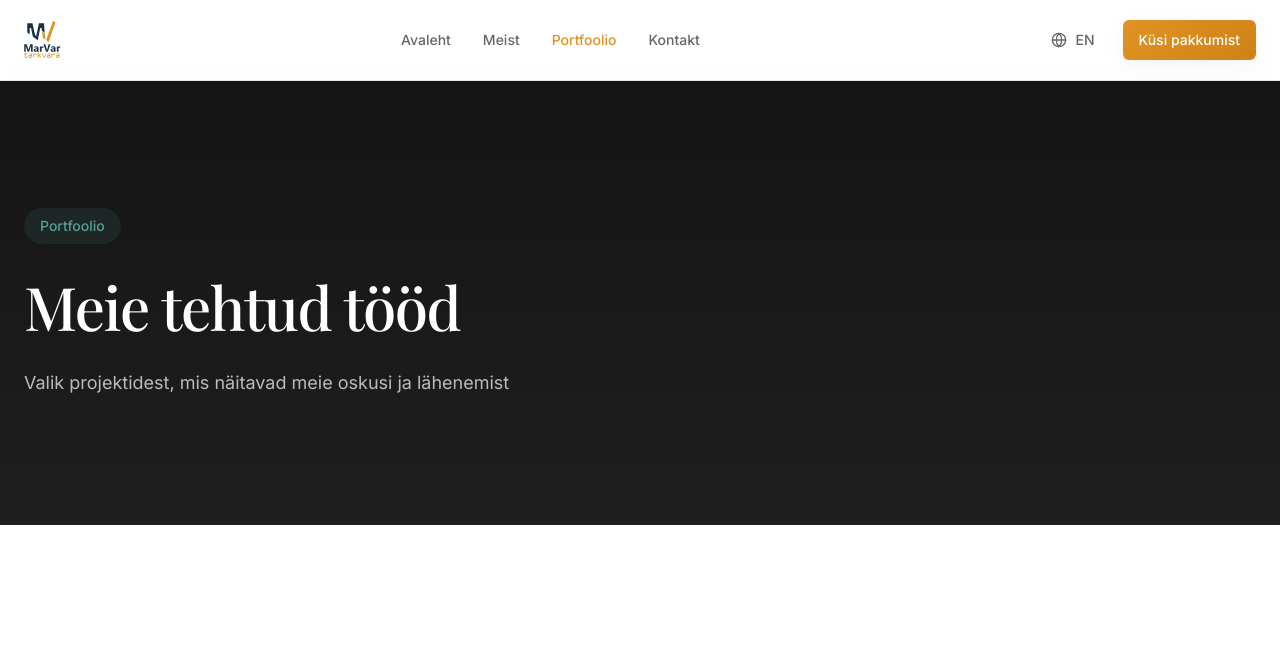
Repository: marvar-tarkvara/MARVAR-LEHT
Page: /portfolio
These files come from the project's save history. The page is drawn as it stood at one moment and after the next save; the edit follows.
The browser window is 1280 px wide. The pictures show the part of the page from y = 0 to 653 px (the page is 2608 px tall).
Pictures or frames that could not be fetched are drawn as grey boxes. Some web fonts or font styles are not loaded; a fallback is used. The project was rebuilt for these pictures with package versions that can differ from the ones it lists, and the page was loaded fresh each time. The framework's server and built-in components were replaced by stand-ins that run in the browser. Also part of the build but not shown: next.config.ts, components/ui/tooltip.tsx.

Above is the page before, as saved 2026-01-18 19:09:38.

### app/layout.tsx
import type { Metadata } from "next";
import { Inter, Playfair_Display } from "next/font/google";
import { LanguageProvider } from "@/contexts/LanguageContext";
import { Toaster } from "@/components/ui/toaster";
import { TooltipProvider } from "@/components/ui/tooltip";
import "./globals.css";

const inter = Inter({
  subsets: ["latin"],
  variable: "--font-inter",
});

const playfair = Playfair_Display({
  subsets: ["latin"],
  variable: "--font-playfair",
});

export const metadata: Metadata = {
  title: "MarVar - Veebilehtede loomine",
  description: "Professionaalsed ja konversioonile suunatud veebilehed, mis aitavad teie ettevõttel kasvada. Minimalistlik disain, maksimaalne mõju.",
  icons: {
    icon: "/marvar.svg",
    apple: "/marvar.svg",
  },
};

export default function RootLayout({
  children,
}: Readonly<{
  children: React.ReactNode;
}>) {
  return (
    <html lang="et" suppressHydrationWarning>
      <body className={`${inter.variable} ${playfair.variable} antialiased`}>
        <LanguageProvider>
          <TooltipProvider>
            {children}
            <Toaster />
          </TooltipProvider>
        </LanguageProvider>
      </body>
    </html>
  );
}

### app/portfolio/page.tsx
import Layout from "@/components/layout/Layout";
import PortfolioContent from "@/components/pages/PortfolioContent";

export const metadata = {
  title: "Portfoolio - MarVariks",
  description: "Valik projektidest, mis näitavad meie oskusi ja lähenemist veebiarenduses.",
};

export default function PortfolioPage() {
  return (
    <Layout>
      <PortfolioContent />
    </Layout>
  );
}

### components/ui/toaster.tsx
"use client";

import { useToast } from "@/hooks/use-toast";
import { Toast, ToastClose, ToastDescription, ToastProvider, ToastTitle, ToastViewport } from "@/components/ui/toast";

export function Toaster() {
  const { toasts } = useToast();

  return (
    <ToastProvider>
      {toasts.map(function ({ id, title, description, action, ...props }) {
        return (
          <Toast key={id} {...props}>
            <div className="grid gap-1">
              {title && <ToastTitle>{title}</ToastTitle>}
              {description && <ToastDescription>{description}</ToastDescription>}
            </div>
            {action}
            <ToastClose />
          </Toast>
        );
      })}
      <ToastViewport />
    </ToastProvider>
  );
}

### app/globals.css
@tailwind base;
@tailwind components;
@tailwind utilities;

@layer base {
  :root {
    --background: 0 0% 100%;
    --foreground: 0 0% 8%;

    --card: 0 0% 98%;
    --card-foreground: 0 0% 8%;

    --popover: 0 0% 100%;
    --popover-foreground: 0 0% 8%;

    --primary: 0 0% 8%;
    --primary-foreground: 0 0% 100%;

    --secondary: 0 0% 96%;
    --secondary-foreground: 0 0% 8%;

    --muted: 0 0% 94%;
    --muted-foreground: 0 0% 40%;

    --accent: 35 76% 51%;
    --accent-foreground: 0 0% 100%;

    --teal: 170 32% 48%;
    --teal-foreground: 0 0% 100%;

    --destructive: 0 84% 60%;
    --destructive-foreground: 0 0% 100%;

    --border: 0 0% 90%;
    --input: 0 0% 90%;
    --ring: 35 76% 51%;

    --radius: 0.5rem;

    --gradient-accent: linear-gradient(135deg, hsl(35, 76%, 51%) 0%, hsl(35, 80%, 45%) 100%);
    --gradient-teal: linear-gradient(135deg, hsl(170, 32%, 48%) 0%, hsl(170, 35%, 40%) 100%);
    --gradient-dark: linear-gradient(180deg, hsl(0, 0%, 8%) 0%, hsl(0, 0%, 12%) 100%);

    --shadow-soft: 0 4px 24px -4px hsl(0 0% 0% / 0.08);
    --shadow-card: 0 8px 32px -8px hsl(0 0% 0% / 0.12);
    --shadow-elevated: 0 16px 48px -12px hsl(0 0% 0% / 0.16);
  }

  .dark {
    --background: 0 0% 6%;
    --foreground: 0 0% 96%;

    --card: 0 0% 10%;
    --card-foreground: 0 0% 96%;

    --popover: 0 0% 8%;
    --popover-foreground: 0 0% 96%;

    --primary: 0 0% 96%;
    --primary-foreground: 0 0% 6%;

    --secondary: 0 0% 14%;
    --secondary-foreground: 0 0% 96%;

    --muted: 0 0% 16%;
    --muted-foreground: 0 0% 60%;

    --accent: 35 76% 51%;
    --accent-foreground: 0 0% 100%;

    --teal: 170 32% 48%;
    --teal-foreground: 0 0% 100%;

    --destructive: 0 62% 50%;
    --destructive-foreground: 0 0% 100%;

    --border: 0 0% 18%;
    --input: 0 0% 18%;
    --ring: 35 76% 51%;

    --shadow-soft: 0 4px 24px -4px hsl(0 0% 0% / 0.4);
    --shadow-card: 0 8px 32px -8px hsl(0 0% 0% / 0.5);
    --shadow-elevated: 0 16px 48px -12px hsl(0 0% 0% / 0.6);
  }
}

@layer base {
  * {
    @apply border-border;
  }

  html {
    scroll-behavior: smooth;
  }

  body {
    @apply bg-background text-foreground font-sans antialiased;
  }

  h1, h2, h3, h4, h5, h6 {
    @apply font-display font-medium tracking-tight;
  }
}

@layer utilities {
  .text-gradient-accent {
    @apply bg-clip-text text-transparent;
    background-image: var(--gradient-accent);
  }

  .text-gradient-teal {
    @apply bg-clip-text text-transparent;
    background-image: var(--gradient-teal);
  }

  .bg-gradient-accent {
    background: var(--gradient-accent);
  }

  .bg-gradient-teal {
    background: var(--gradient-teal);
  }

  .bg-gradient-dark {
    background: var(--gradient-dark);
  }

  .shadow-soft {
    box-shadow: var(--shadow-soft);
  }

  .shadow-card {
    box-shadow: var(--shadow-card);
  }

  .shadow-elevated {
    box-shadow: var(--shadow-elevated);
  }
}

### components/layout/Layout.tsx
import { ReactNode } from "react";
import Header from "./Header";
import Footer from "./Footer";

interface LayoutProps {
  children: ReactNode;
}

const Layout = ({ children }: LayoutProps) => {
  return (
    <div className="min-h-screen flex flex-col">
      <Header />
      <main className="flex-1 pt-20">{children}</main>
      <Footer />
    </div>
  );
};

export default Layout;

### components/pages/PortfolioContent.tsx
"use client";

import { motion } from "framer-motion";
import Image from "next/image";
import { ExternalLink } from "lucide-react";
import CTA from "@/components/sections/CTA";
import { useLanguage } from "@/contexts/LanguageContext";

const projects = [
  {
    id: 1,
    title: "TechStart OÜ",
    category: "E-commerce",
    categoryEt: "E-kaubandus",
    description: "Modern e-shop with excellent user experience. Conversion rate increased by 47%.",
    descriptionEt: "Modernne e-pood koos täiusliku kasutajakogemusega. Konversioonimäär tõusis 47%.",
    image: "https://images.unsplash.com/photo-1460925895917-afdab827c52f?w=800&h=600&fit=crop",
    color: "accent",
  },
  {
    id: 2,
    title: "Nordic Design",
    category: "Brand Website",
    categoryEt: "Brändi veebileht",
    description: "Minimalist portfolio page for a design studio. Focus on visual storytelling.",
    descriptionEt: "Minimalistlik portfoolioleht disainistuudiole. Fookuses visuaalne storytelling.",
    image: "https://images.unsplash.com/photo-1522542550221-31fd8575f3f0?w=800&h=600&fit=crop",
    color: "teal",
  },
  {
    id: 3,
    title: "GreenTech Solutions",
    category: "Business Website",
    categoryEt: "Äri veebileht",
    description: "Innovative website for an environmental company. Interactive service presentation.",
    descriptionEt: "Innovatiivne veebileht keskkonnaettevõttele. Interaktiivne teenuste esitlus.",
    image: "https://images.unsplash.com/photo-1497366216548-37526070297c?w=800&h=600&fit=crop",
    color: "accent",
  },
  {
    id: 4,
    title: "Resto Maitsed",
    category: "Restaurant Website",
    categoryEt: "Restorani veebileht",
    description: "Elegant website for a restaurant with menu and booking system.",
    descriptionEt: "Elegantne veebileht restoranile koos menüü ja broneerimissüsteemiga.",
    image: "https://images.unsplash.com/photo-1414235077428-338989a2e8c0?w=800&h=600&fit=crop",
    color: "teal",
  },
  {
    id: 5,
    title: "Fintech Pro",
    category: "SaaS Platform",
    categoryEt: "SaaS platvorm",
    description: "User-friendly financial services platform. Intuitive dashboard and reports.",
    descriptionEt: "Kasutajasõbralik finantsteenuste platvorm. Intuitive dashboard ja raportid.",
    image: "https://images.unsplash.com/photo-1551288049-bebda4e38f71?w=800&h=600&fit=crop",
    color: "accent",
  },
  {
    id: 6,
    title: "WellBeing Clinic",
    category: "Medical Website",
    categoryEt: "Meditsiini veebileht",
    description: "Trust-building website for a healthcare facility. Online booking option.",
    descriptionEt: "Usaldust tekitav veebileht tervishoiuasutusele. Online broneerimise võimalus.",
    image: "https://images.unsplash.com/photo-1519494026892-80bbd2d6fd0d?w=800&h=600&fit=crop",
    color: "teal",
  },
];

const PortfolioContent = () => {
  const { t, language } = useLanguage();

  return (
    <>
      {/* Hero Section */}
      <section className="py-24 md:py-32 bg-gradient-dark">
        <div className="container mx-auto px-6">
          <motion.div
            initial={{ opacity: 0, y: 30 }}
            animate={{ opacity: 1, y: 0 }}
            transition={{ duration: 0.8 }}
            className="max-w-3xl"
          >
            <span className="inline-block px-4 py-2 rounded-full bg-teal/10 text-teal text-sm font-medium mb-8">
              {t("nav.portfolio")}
            </span>
            <h1 className="text-4xl md:text-5xl lg:text-6xl font-display font-medium text-primary-foreground leading-tight">
              {t("portfolio.title")}
            </h1>
            <p className="mt-8 text-lg text-primary-foreground/70 leading-relaxed">
              {t("portfolio.subtitle")}
            </p>
          </motion.div>
        </div>
      </section>

      {/* Portfolio Grid */}
      <section className="py-24 md:py-32 bg-background">
        <div className="container mx-auto px-6">
          <div className="grid grid-cols-1 md:grid-cols-2 lg:grid-cols-3 gap-8">
            {projects.map((project, index) => (
              <motion.div
                key={project.id}
                initial={{ opacity: 0, y: 30 }}
                whileInView={{ opacity: 1, y: 0 }}
                viewport={{ once: true }}
                transition={{ duration: 0.6, delay: index * 0.1 }}
                className="group cursor-pointer"
              >
                <div className="relative overflow-hidden rounded-2xl bg-card">
                  <div className="aspect-[4/3] overflow-hidden relative">
                    <Image
                      src={project.image}
                      alt={project.title}
                      fill
                      className="object-cover transition-transform duration-500 group-hover:scale-110"
                    />
                  </div>
                  <div className="absolute inset-0 bg-gradient-to-t from-primary/90 via-primary/20 to-transparent opacity-0 group-hover:opacity-100 transition-opacity duration-300 flex items-end p-6">
                    <ExternalLink className="absolute top-4 right-4 w-5 h-5 text-primary-foreground" />
                  </div>
                </div>
                <div className="mt-6">
                  <span className={`text-sm font-medium ${project.color === 'accent' ? 'text-accent' : 'text-teal'}`}>
                    {language === "et" ? project.categoryEt : project.category}
                  </span>
                  <h3 className="mt-2 text-xl font-semibold group-hover:text-accent transition-colors">
                    {project.title}
                  </h3>
                  <p className="mt-2 text-muted-foreground leading-relaxed">
                    {language === "et" ? project.descriptionEt : project.description}
                  </p>
                </div>
              </motion.div>
            ))}
          </div>
        </div>
      </section>

      <CTA />
    </>
  );
};

export default PortfolioContent;

### components/layout/Footer.tsx
"use client";

import Link from "next/link";
import Image from "next/image";
import { useLanguage } from "@/contexts/LanguageContext";

const Footer = () => {
  const { t } = useLanguage();

  return (
    <footer className="bg-primary text-primary-foreground py-16">
      <div className="container mx-auto px-6">
        <div className="grid grid-cols-1 md:grid-cols-4 gap-12">
          {/* Brand */}
          <div className="md:col-span-2">
            <Link href="/">
              <Image src="/marvar.svg" alt="MarVar logo" width={32} height={32} className="h-8 w-8" />
            </Link>
            <p className="mt-4 text-primary-foreground/70 max-w-sm leading-relaxed">
              {t("footer.description")}
            </p>
          </div>

          {/* Navigation */}
          <div>
            <h4 className="font-semibold mb-4">{t("footer.navigation")}</h4>
            <nav className="flex flex-col gap-3">
              <Link href="/" className="text-primary-foreground/70 hover:text-accent transition-colors">
                {t("nav.home")}
              </Link>
              <Link href="/meist" className="text-primary-foreground/70 hover:text-accent transition-colors">
                {t("nav.about")}
              </Link>
              <Link href="/portfolio" className="text-primary-foreground/70 hover:text-accent transition-colors">
                {t("nav.portfolio")}
              </Link>
              <Link href="/kontakt" className="text-primary-foreground/70 hover:text-accent transition-colors">
                {t("nav.contact")}
              </Link>
            </nav>
          </div>

          {/* Contact */}
          <div>
            <h4 className="font-semibold mb-4">{t("footer.contact")}</h4>
            <div className="flex flex-col gap-3 text-primary-foreground/70">
              <a href="mailto:info@marvar.ee" className="hover:text-accent transition-colors">
                info@marvar.ee
              </a>
              <a href="tel:+3725551234" className="hover:text-accent transition-colors">
                +372 555 1234
              </a>
              <p>Tallinn, Eesti</p>
            </div>
          </div>
        </div>

        <div className="mt-16 pt-8 border-t border-primary-foreground/10 flex flex-col md:flex-row justify-between items-center gap-4">
          <p className="text-sm text-primary-foreground/50">
            © {new Date().getFullYear()} MarVar. {t("footer.rights")}
          </p>
        </div>
      </div>
    </footer>
  );
};

export default Footer;

### components/sections/CTA.tsx
"use client";

import { motion } from "framer-motion";
import Link from "next/link";
import { ArrowRight } from "lucide-react";
import { Button } from "@/components/ui/button";
import { useLanguage } from "@/contexts/LanguageContext";

const CTA = () => {
  const { t } = useLanguage();

  return (
    <section className="py-24 md:py-32 bg-gradient-dark relative overflow-hidden">
      {/* Background Accent */}
      <div className="absolute top-0 right-0 w-1/2 h-full bg-accent/5 blur-3xl" />

      <div className="container mx-auto px-6 relative z-10">
        <motion.div
          initial={{ opacity: 0, y: 30 }}
          whileInView={{ opacity: 1, y: 0 }}
          viewport={{ once: true }}
          transition={{ duration: 0.6 }}
          className="max-w-3xl mx-auto text-center"
        >
          <h2 className="text-3xl md:text-4xl lg:text-5xl font-display font-medium text-primary-foreground leading-tight">
            {t("cta.title")}
          </h2>
          <p className="mt-6 text-lg text-primary-foreground/70 max-w-xl mx-auto">
            {t("cta.description")}
          </p>
          <motion.div
            initial={{ opacity: 0, y: 20 }}
            whileInView={{ opacity: 1, y: 0 }}
            viewport={{ once: true }}
            transition={{ duration: 0.6, delay: 0.2 }}
            className="mt-10"
          >
            <Button variant="hero" size="xl" asChild>
              <Link href="/kontakt">
                {t("cta.button")}
                <ArrowRight className="w-5 h-5 ml-2" />
              </Link>
            </Button>
          </motion.div>
        </motion.div>
      </div>
    </section>
  );
};

export default CTA;

### components/ui/button.tsx
import * as React from "react";
import { Slot } from "@radix-ui/react-slot";
import { cva, type VariantProps } from "class-variance-authority";

import { cn } from "@/lib/utils";

const buttonVariants = cva(
  "inline-flex items-center justify-center gap-2 whitespace-nowrap rounded-md text-sm font-medium ring-offset-background transition-all duration-300 focus-visible:outline-none focus-visible:ring-2 focus-visible:ring-ring focus-visible:ring-offset-2 disabled:pointer-events-none disabled:opacity-50 [&_svg]:pointer-events-none [&_svg]:size-4 [&_svg]:shrink-0",
  {
    variants: {
      variant: {
        default: "bg-primary text-primary-foreground hover:bg-primary/90",
        destructive: "bg-destructive text-destructive-foreground hover:bg-destructive/90",
        outline: "border border-input bg-background hover:bg-accent hover:text-accent-foreground",
        secondary: "bg-secondary text-secondary-foreground hover:bg-secondary/80",
        ghost: "hover:bg-accent hover:text-accent-foreground",
        link: "text-primary underline-offset-4 hover:underline",
        accent: "bg-gradient-accent text-accent-foreground hover:opacity-90 shadow-soft hover:shadow-card",
        teal: "bg-gradient-teal text-teal-foreground hover:opacity-90 shadow-soft hover:shadow-card",
        hero: "bg-gradient-accent text-accent-foreground text-base font-semibold px-8 py-6 rounded-lg shadow-card hover:shadow-elevated hover:scale-[1.02] active:scale-[0.98]",
        heroOutline: "border-2 border-accent text-accent hover:bg-accent hover:text-accent-foreground text-base font-semibold px-8 py-6 rounded-lg",
      },
      size: {
        default: "h-10 px-4 py-2",
        sm: "h-9 rounded-md px-3",
        lg: "h-12 rounded-md px-8 text-base",
        xl: "h-14 rounded-lg px-10 text-lg",
        icon: "h-10 w-10",
      },
    },
    defaultVariants: {
      variant: "default",
      size: "default",
    },
  },
);

export interface ButtonProps
  extends React.ButtonHTMLAttributes<HTMLButtonElement>,
    VariantProps<typeof buttonVariants> {
  asChild?: boolean;
}

const Button = React.forwardRef<HTMLButtonElement, ButtonProps>(
  ({ className, variant, size, asChild = false, ...props }, ref) => {
    const Comp = asChild ? Slot : "button";
    return <Comp className={cn(buttonVariants({ variant, size, className }))} ref={ref} {...props} />;
  },
);
Button.displayName = "Button";

export { Button, buttonVariants };

### tailwind.config.ts
import type { Config } from "tailwindcss";

export default {
  darkMode: ["class"],
  content: [
    "./app/**/*.{ts,tsx}",
    "./components/**/*.{ts,tsx}",
    "./lib/**/*.{ts,tsx}",
  ],
  theme: {
    container: {
      center: true,
      padding: "2rem",
      screens: {
        "2xl": "1400px",
      },
    },
    extend: {
      fontFamily: {
        sans: ["var(--font-inter)", "system-ui", "sans-serif"],
        display: ["var(--font-playfair)", "Georgia", "serif"],
      },
      colors: {
        border: "hsl(var(--border))",
        input: "hsl(var(--input))",
        ring: "hsl(var(--ring))",
        background: "hsl(var(--background))",
        foreground: "hsl(var(--foreground))",
        primary: {
          DEFAULT: "hsl(var(--primary))",
          foreground: "hsl(var(--primary-foreground))",
        },
        secondary: {
          DEFAULT: "hsl(var(--secondary))",
          foreground: "hsl(var(--secondary-foreground))",
        },
        destructive: {
          DEFAULT: "hsl(var(--destructive))",
          foreground: "hsl(var(--destructive-foreground))",
        },
        muted: {
          DEFAULT: "hsl(var(--muted))",
          foreground: "hsl(var(--muted-foreground))",
        },
        accent: {
          DEFAULT: "hsl(var(--accent))",
          foreground: "hsl(var(--accent-foreground))",
        },
        teal: {
          DEFAULT: "hsl(var(--teal))",
          foreground: "hsl(var(--teal-foreground))",
        },
        popover: {
          DEFAULT: "hsl(var(--popover))",
          foreground: "hsl(var(--popover-foreground))",
        },
        card: {
          DEFAULT: "hsl(var(--card))",
          foreground: "hsl(var(--card-foreground))",
        },
      },
      borderRadius: {
        lg: "var(--radius)",
        md: "calc(var(--radius) - 2px)",
        sm: "calc(var(--radius) - 4px)",
      },
      keyframes: {
        "accordion-down": {
          from: { height: "0" },
          to: { height: "var(--radix-accordion-content-height)" },
        },
        "accordion-up": {
          from: { height: "var(--radix-accordion-content-height)" },
          to: { height: "0" },
        },
        "fade-in": {
          from: { opacity: "0", transform: "translateY(20px)" },
          to: { opacity: "1", transform: "translateY(0)" },
        },
        "fade-in-up": {
          from: { opacity: "0", transform: "translateY(40px)" },
          to: { opacity: "1", transform: "translateY(0)" },
        },
        "slide-in-right": {
          from: { opacity: "0", transform: "translateX(20px)" },
          to: { opacity: "1", transform: "translateX(0)" },
        },
      },
      animation: {
        "accordion-down": "accordion-down 0.2s ease-out",
        "accordion-up": "accordion-up 0.2s ease-out",
        "fade-in": "fade-in 0.6s ease-out forwards",
        "fade-in-up": "fade-in-up 0.8s ease-out forwards",
        "slide-in-right": "slide-in-right 0.5s ease-out forwards",
      },
    },
  },
  plugins: [require("tailwindcss-animate")],
} satisfies Config;

Loaded but not shown: lib/utils.ts (common file); contexts/LanguageContext.tsx (242 lines, source omitted); components/ui/toast.tsx (113 lines, source omitted); components/layout/Header.tsx (130 lines, source omitted); hooks/use-toast.ts (186 lines, source omitted)

After the next save:
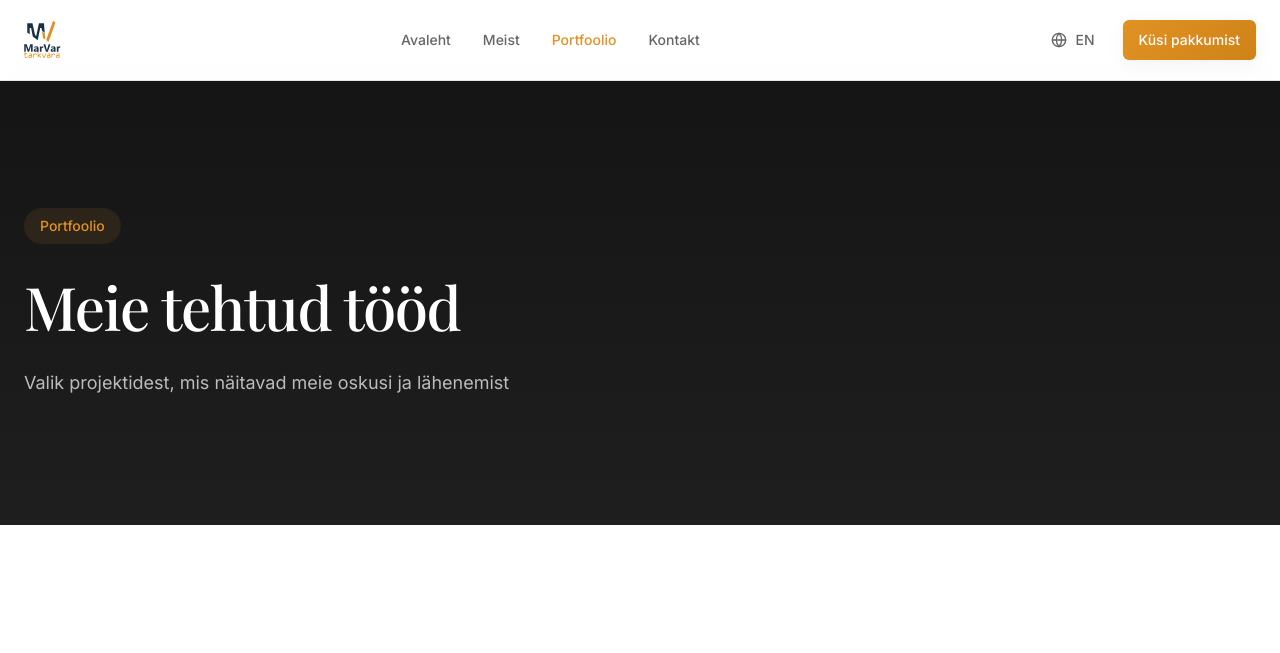
Saved 2 min 19 s later.
--- a/components/pages/PortfolioContent.tsx
+++ b/components/pages/PortfolioContent.tsx
@@ -83,7 +83,7 @@ const PortfolioContent = () => {
             transition={{ duration: 0.8 }}
             className="max-w-3xl"
           >
-            <span className="inline-block px-4 py-2 rounded-full bg-teal/10 text-teal text-sm font-medium mb-8">
+            <span className="inline-block px-4 py-2 rounded-full bg-accent/10 text-accent text-sm font-medium mb-8">
               {t("nav.portfolio")}
             </span>
             <h1 className="text-4xl md:text-5xl lg:text-6xl font-display font-medium text-primary-foreground leading-tight">
